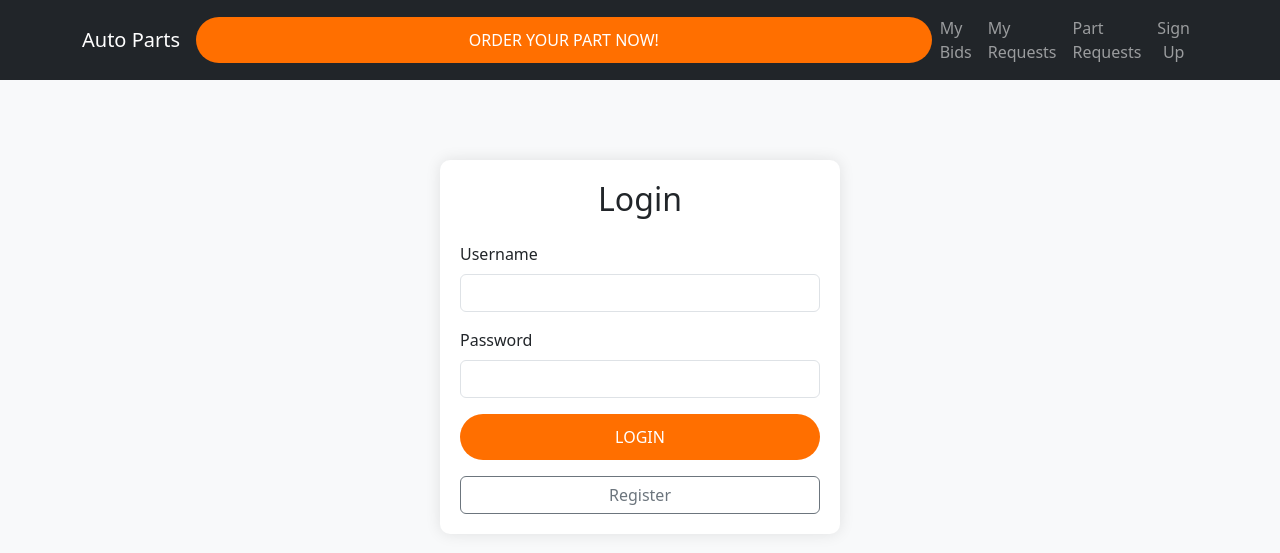
Repository: Jijiluzana225/onlineparts
Page: http://localhost/login/
The author's editor kept a copy of each file at every save. The page is drawn from the files as they stood at one save, then again after the next save.
The browser window is 1280 px wide. The pictures show the whole page.
The page is served by the project's application, run on Django 5.2 (manage.py). Other server files are loaded and not shown.

Above is the page before, as saved 2025-02-20 10:53:17.

### orders/templates/orders/login.html
{% extends 'orders/landing.html' %}

{% block content %}
<!DOCTYPE html>
<html lang="en">
<head>
    <meta charset="UTF-8">
    <meta name="viewport" content="width=device-width, initial-scale=1">
    <title>Login</title>
    <link href="https://cdn.jsdelivr.net/npm/bootstrap@5.3.0/dist/css/bootstrap.min.css" rel="stylesheet">
    <style>
        body {
            background-color: #f8f9fa;
        }
        .login-container {
            max-width: 400px;
            margin: 80px auto;
            padding: 20px;
            background: white;
            border-radius: 10px;
            box-shadow: 0px 0px 15px rgba(0, 0, 0, 0.1);
        }
        .btn-custom {
            background-color: #ff6f00;
            color: white;
            border-radius: 30px;
            width: 100%;
            padding: 10px;
            font-size: 16px;
        }
        .btn-custom:hover {
            background-color: #e65c00;
        }
    </style>
</head>
<body>

<div class="container">
    <div class="login-container">
        <h2 class="text-center mb-4">Login</h2>
        <form method="post">
            {% csrf_token %}
            <div class="mb-3">
                <label for="id_username" class="form-label">Username</label>
                <input type="text" name="username" class="form-control" id="id_username" required>
            </div>
            <div class="mb-3">
                <label for="id_password" class="form-label">Password</label>
                <input type="password" name="password" class="form-control" id="id_password" required>
            </div>
            <button type="submit" class="btn btn-custom">Login</button>
        </form>
        <div class="text-center mt-3">
            <a href="{% url 'register' %}" class="btn btn-outline-secondary w-100">Register</a>
        </div>
    </div>
</div>

<script src="https://cdn.jsdelivr.net/npm/bootstrap@5.3.0/dist/js/bootstrap.bundle.min.js"></script>
</body>
</html>
{% endblock %}

### orders/templates/orders/landing.html
<!DOCTYPE html>
<html lang="en">
<head>
    <meta charset="UTF-8">
    <meta name="viewport" content="width=device-width, initial-scale=1">
    <title>{% block title %}Landing Page{% endblock %}</title>
    <link href="https://cdn.jsdelivr.net/npm/bootstrap@5.3.0/dist/css/bootstrap.min.css" rel="stylesheet">
    <style>
        body {
            background-color: #f8f9fa;
        }
        .hero {
            height: 80vh;
            display: flex;
            align-items: center;
            justify-content: center;
            text-align: center;
            background: url('https://source.unsplash.com/1600x900/?car,parts') no-repeat center center/cover;
            color: white;
            position: relative;
        }
        .hero-overlay {
            background: black;
            padding: 50px;
            border-radius: 10px;
        }
        .btn-custom {
            background-color: #ff6f00;
            color: white;
            border-radius: 30px;
            padding: 15px 25px;
            font-size: 1.5rem;
            font-weight: bold;
            text-transform: uppercase;
            transition: background 0.3s ease;
        }
        .btn-custom:hover {
            background-color: #e65c00;
        }
    </style>
    {% block extra_css %}{% endblock %}
</head>
<body>

<!-- Navbar -->
<nav class="navbar navbar-expand-lg navbar-dark bg-dark">
    <div class="container">
        <a class="navbar-brand" href="{% url 'home' %}">Auto Parts</a>
        <a href="{% url 'order_part' %}" class="btn btn-custom">Order Your Part Now!</a>

        <button class="navbar-toggler" type="button" data-bs-toggle="collapse" data-bs-target="#navbarNav">
            <span class="navbar-toggler-icon"></span>
        </button>
        <div class="collapse navbar-collapse" id="navbarNav">
            <ul class="navbar-nav ms-auto">
                <li class="nav-item"><a class="nav-link" href="{% url 'store_bids' %}">My Bids</a></li>
                <li class="nav-item"><a class="nav-link" href="{% url 'my_part_requests' %}">My Requests</a></li>
                <li class="nav-item"><a class="nav-link" href="{% url 'part_request_list' %}">Part Requests</a></li>

                {% if user.is_authenticated %}
                    <li class="nav-item dropdown">
                        <a class="nav-link dropdown-toggle" href="#" id="userDropdown" role="button" data-bs-toggle="dropdown">
                            {{ user.username }}
                        </a>
                        <ul class="dropdown-menu">
                            <li><a class="dropdown-item" href="{% url 'profile_update' %}">Profile</a></li>
                            <li>
                                <form method="post" action="{% url 'logout' %}">
                                    {% csrf_token %}
                                    <button type="submit" class="dropdown-item">Logout</button>
                                </form>
                            </li>
                        </ul>
                    </li>
                {% else %}
                    <li class="nav-item"><a class="nav-link btn btn-secondary" href="{% url 'register' %}">Sign Up</a></li>
                {% endif %}
            </ul>
        </div>
    </div>
</nav>

<!-- Hero Section -->
{% comment %} <div class="hero">
    <div class="hero-overlay">
        <h1 class="mb-4">Request Your Auto Parts Here!</h1>
        <a href="{% url 'order_part' %}" class="btn btn-custom">Order Your Part Now!</a>
    </div>
</div> {% endcomment %}

<!-- Main Content -->
<main class="container mt-4">
    {% block content %}
    {% endblock %}
</main>

<!-- Bootstrap JS -->
<script src="https://cdn.jsdelivr.net/npm/bootstrap@5.3.0/dist/js/bootstrap.bundle.min.js"></script>
{% block extra_js %}{% endblock %}
</body>
</html>

### Onlinespareparts/urls.py
from django.contrib import admin
from django.urls import path, include
from django.conf import settings
from django.conf.urls.static import static

urlpatterns = [
    path('admin/', admin.site.urls),
    path('', include('orders.urls')),
]

urlpatterns += static(settings.MEDIA_URL, document_root=settings.MEDIA_ROOT)

### orders/urls.py
from django.urls import path
from .views import *
from django.contrib.auth import views as auth_views


urlpatterns = [
    path('register/', register_view, name='register'),
    path('login/', auth_views.LoginView.as_view(template_name='orders/login.html'), name='login'),
    path('logout/', auth_views.LogoutView.as_view(next_page='login'), name='logout'),
    path('', landing_page, name='home'),  # This makes the landing page accessible at "/"
    path('profile/update/', profile_update_view, name='profile_update'),
    path("order/", order_part_view, name="order_part"),
    path("order-success/", order_success, name="order_success"),
    path('part-requests/', part_request_list, name='part_request_list'),
    path('part-requests/<int:pk>/', part_request_detail, name='part_request_detail'),
    path("bid/<int:part_request_id>/", place_bid, name="place_bid"),
    path("my-part-requests/", MyPartRequestsView.as_view(), name="my_part_requests"),
    path("bid_details/<int:pk>/", BidDetailView.as_view(), name="bid_detail"),
    path("accept-bid/<int:pk>/", AcceptBidView.as_view(), name="accept_bid"),
    path("store/bids/", store_bids, name="store_bids"),

    path("bidview/<int:pk>/", BidDetailViewView.as_view(), name="bid_detail_view"),
    path("bidview/<int:pk>/update/", BidUpdateView.as_view(), name="bid_update"),
    path("bidview/<int:pk>/delete/", BidDeleteView.as_view(), name="bid_delete"),


]

After the next save:
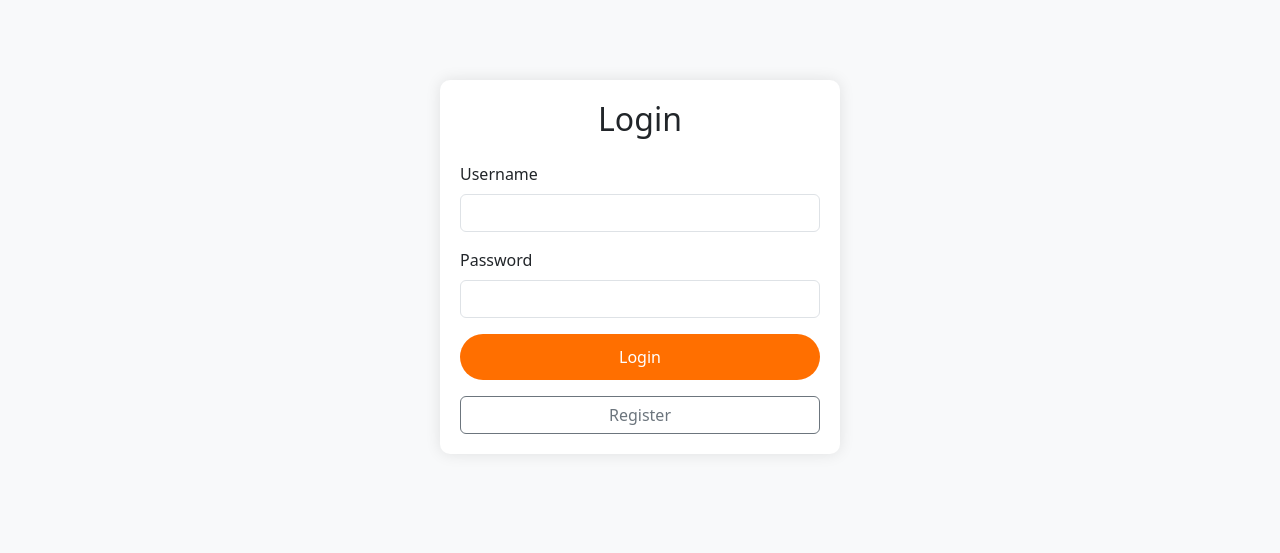
Saved 80 s later.
--- a/orders/templates/orders/login.html
+++ b/orders/templates/orders/login.html
@@ -1,6 +1,4 @@
-{% extends 'orders/landing.html' %}
 
-{% block content %}
 <!DOCTYPE html>
 <html lang="en">
 <head>
@@ -59,4 +57,3 @@
 <script src="https://cdn.jsdelivr.net/npm/bootstrap@5.3.0/dist/js/bootstrap.bundle.min.js"></script>
 </body>
 </html>
-{% endblock %}
